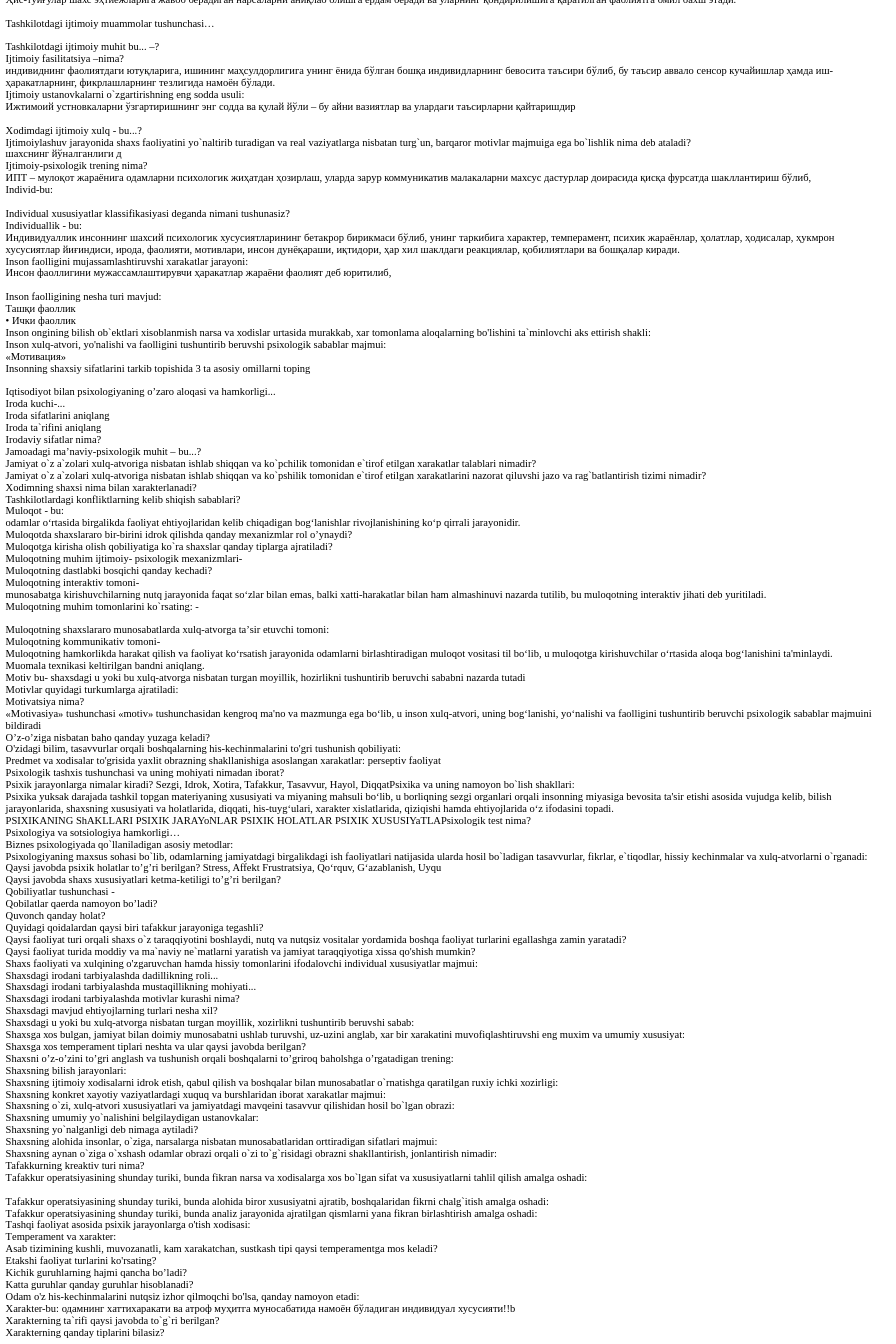
Repository: Ikromkhurozov/exam-inst
Page: index.html
These files come from the project's save history. The page is drawn as it stood at one moment and after the next save; the edit follows.
The browser window is 1280 px wide. The pictures show the part of the page from y = 1037 to 2957 px (the page is 2957 px tall), at 70% of full size.

Above is the page before, as saved 2023-05-31 14:10:05.

After the next save:
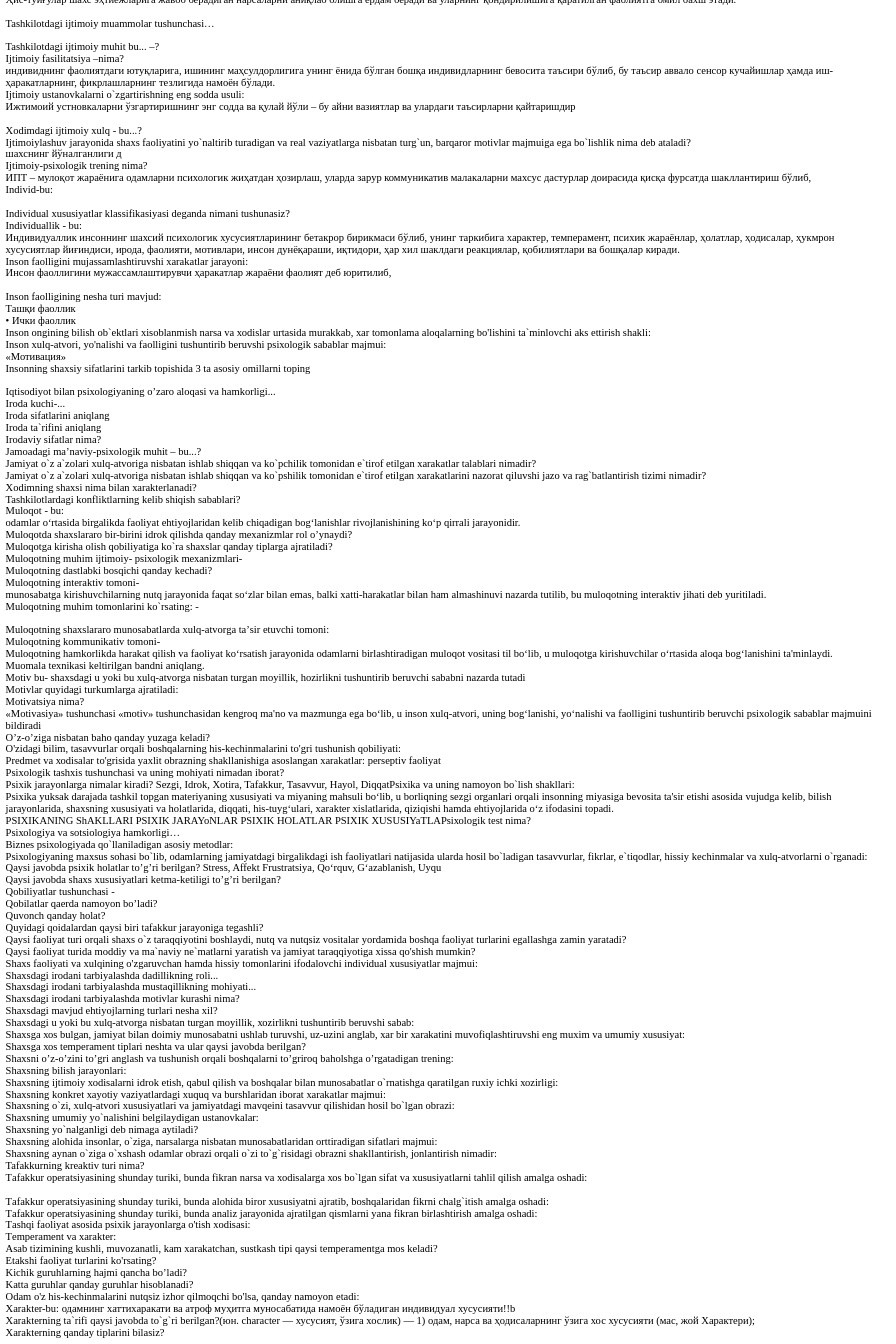
Saved 15 s later.
--- a/index.html
+++ b/index.html
@@ -193,7 +193,7 @@
      <br/> Kаttа guruhlаr qаndаy guruhlаr hisоblаnаdi?
      <br/> Оdаm o'z his-kechinmаlаrini nutqsiz izhоr qilmоqchi bo'lsа, qаndаy nаmоyon etаdi:
      <br/> Хаrаktеr-bu:  одамнинг хаттихаракати ва атроф муҳитга муносабатида намоён бўладиган индивидуал хусусияти!!b
-     <br/> Хаrаktеrning tа`rifi qаysi jаvоbdа to`g`ri bеrilgаn?
+     <br/> Хаrаktеrning tа`rifi qаysi jаvоbdа to`g`ri bеrilgаn?(юн. character — хусусият, ўзига хослик) — 1) одам, нарса ва ҳодисаларнинг ўзига хос хусусияти (мас, жой Характери);
      <br/> Хаrаktеrning qаndаy tiplаrini bilаsiz?
 
   </div>
